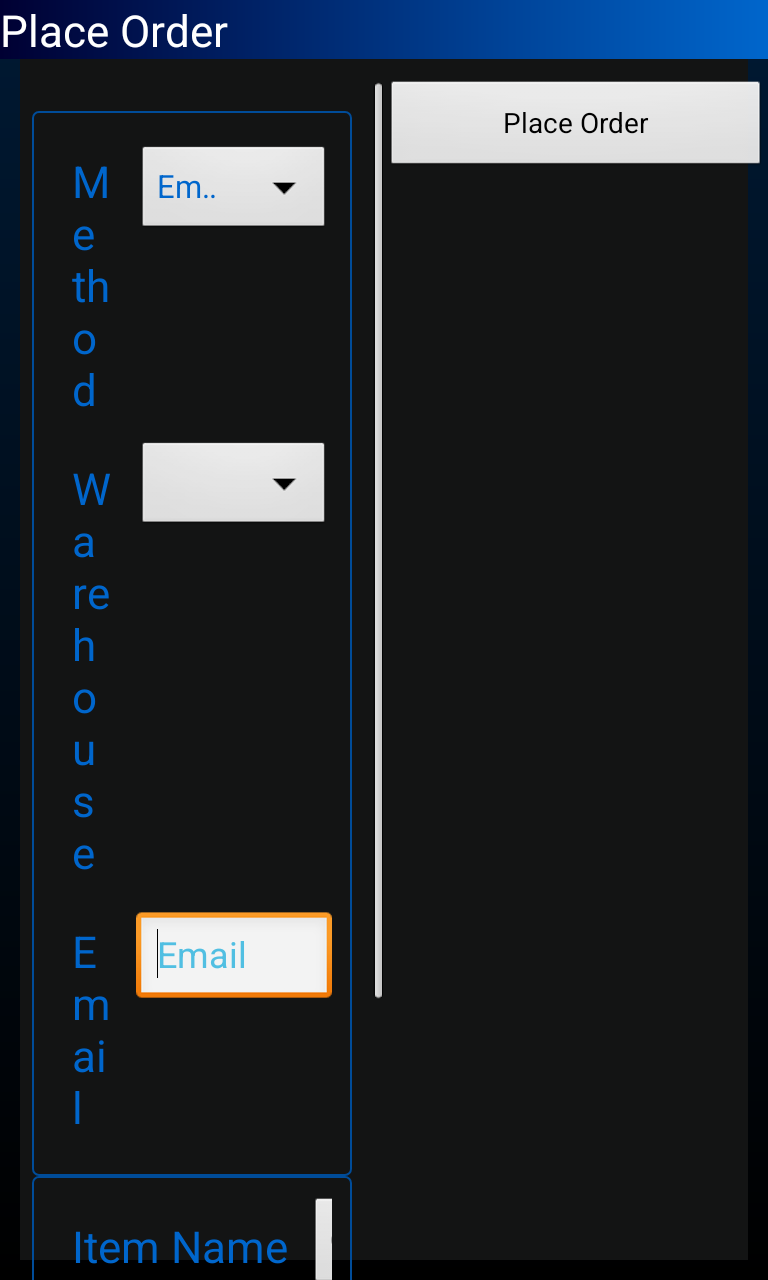
Repository: jasleen1291/B2BMobileApplication
Layout: Mobile E Commerce/B2B/res/layout/place_order.xml
These files come from the project's save history. The layout is drawn as it stood at one moment and after the next save; the edit follows.
It is drawn on a 768 x 1280 px phone screen (xhdpi) without system bars, with theme mycustomtheme; the app's code is not run. Lists and similar views that code fills are empty.

Above is the layout before, as saved 2013-05-25 12:56:13.

### Mobile E Commerce/B2B/res/layout/place_order.xml
<?xml version="1.0" encoding="utf-8"?>
<LinearLayout xmlns:android="http://schemas.android.com/apk/res/android"
    android:layout_width="match_parent"
    android:layout_height="match_parent"
    android:orientation="vertical" >

    <TextView
        style="@style/titlebarstyle"
        android:text="@string/place_order" />

    <LinearLayout
        android:layout_width="match_parent"
        android:layout_height="match_parent"
        android:baselineAligned="false"
         >

        <ScrollView
              android:layout_width="0dp"
            android:layout_height="wrap_content"
            android:layout_weight="1" >

            <LinearLayout
                android:layout_width="match_parent"
                android:layout_height="wrap_content"
                android:orientation="vertical"
                android:paddingBottom="@dimen/activity_vertical_margin"
                android:paddingLeft="@dimen/activity_horizontal_margin"
                android:paddingRight="@dimen/activity_horizontal_margin"
                android:paddingTop="@dimen/activity_vertical_margin" >

                <TableLayout
                    android:layout_width="match_parent"
                    android:layout_height="wrap_content"
                    android:background="@drawable/textview_border"
                    android:stretchColumns="*" >

                    <TableRow
                        android:id="@+id/tableRow1"
                        android:layout_width="match_parent"
                        android:layout_height="wrap_content" >

                        <TextView
                            android:id="@+id/ordervia"
                            android:layout_width="0dp"
                            android:layout_height="wrap_content"
                            android:layout_weight="3"
                            android:padding="10dp"
                            android:text="@string/Method"
                            android:textAppearance="?android:attr/textAppearanceLarge" />

                        <Spinner
                            android:id="@+id/spinner1"
                            android:layout_width="0dp"
                            android:layout_height="wrap_content"
                            android:layout_weight="7"
                            android:entries="@array/ordervia" />
                    </TableRow>

                    <TableRow
                        android:id="@+id/tableRow5"
                        android:layout_width="match_parent"
                        android:layout_height="wrap_content" >

                        <TextView
                            android:layout_width="0dp"
                            android:layout_height="wrap_content"
                            android:layout_weight="3"
                            android:padding="10dp"
                            android:text="@string/warehouse"
                            android:textAppearance="?android:attr/textAppearanceLarge" />

                        <Spinner
                            android:id="@+id/spinner2"
                            android:layout_width="0dp"
                            android:layout_height="wrap_content"
                            android:layout_weight="7" />
                    </TableRow>

                    <TableRow
                        android:id="@+id/tableRow2"
                        android:layout_width="match_parent"
                        android:layout_height="wrap_content" >

                        <TextView
                            android:layout_width="0dp"
                            android:layout_height="wrap_content"
                            android:layout_weight="3"
                            android:padding="10dp"
                            android:text="@string/email"
                            android:textAppearance="?android:attr/textAppearanceLarge" />

                        <EditText
                            android:id="@+id/editText1"
                            android:layout_width="0dp"
                            android:layout_height="wrap_content"
                            android:layout_weight="7"
                            android:ems="10"
                            android:hint="@string/email" >

                            <requestFocus />
                        </EditText>
                    </TableRow>
                </TableLayout>

                <TableLayout
                    android:layout_width="match_parent"
                    android:layout_height="wrap_content"
                    android:background="@drawable/textview_border" >

                    <TableRow
                        android:id="@+id/tableRow3"
                        android:layout_width="match_parent"
                        android:layout_height="wrap_content" >

                        <TextView
                            android:layout_width="wrap_content"
                            android:layout_height="wrap_content"
                            android:hint="@string/email"
                            android:padding="10dp"
                            android:text="@string/itemname"
                            android:textAppearance="?android:attr/textAppearanceLarge" />

                        <Button
                            android:id="@+id/button1"
                            android:layout_width="match_parent"
                            android:layout_height="wrap_content"
                            android:layout_gravity="left"
                            android:text="@string/clicktochange" />
                    </TableRow>

                    <TableRow
                        android:id="@+id/tableRow4"
                        android:layout_width="match_parent"
                        android:layout_height="wrap_content" >

                        <TextView
                            android:layout_width="wrap_content"
                            android:layout_height="wrap_content"
                            android:padding="10dp"
                            android:text="@string/qty"
                            android:textAppearance="?android:attr/textAppearanceLarge" />

                        <EditText
                            android:id="@+id/editText2"
                            android:layout_width="match_parent"
                            android:layout_height="wrap_content"
                            android:ems="10"
                            android:hint="@string/qty"
                            android:inputType="numberDecimal" />
                    </TableRow>

                    <Button
                        android:id="@+id/add"
                        android:layout_width="wrap_content"
                        android:layout_height="wrap_content"
                        android:text="@string/add" />
                </TableLayout>

                <TableLayout
                    android:layout_width="match_parent"
                    android:layout_height="wrap_content"
                    android:background="@drawable/textview_border"
                     >

                   <TableRow
                       android:layout_width="wrap_content"
                       android:layout_height="wrap_content" >

                       <TextView
                           android:id="@+id/textView1"
                           android:layout_width="wrap_content"
                           android:layout_height="wrap_content"
                           android:text="Large Text"
                           android:textAppearance="?android:attr/textAppearanceLarge" />

                       <TextView
                           android:id="@+id/textView2"
                           android:layout_width="match_parent"
                           android:layout_height="wrap_content"
                           android:text="Medium Text"
                           android:textAppearance="?android:attr/textAppearanceMedium" />

                   </TableRow>

                </TableLayout>
            </LinearLayout>
        </ScrollView>

        <RelativeLayout
            android:layout_width="0dp"
            android:layout_height="wrap_content"
            android:layout_weight="1"

             >

            <Button
                android:id="@+id/button2"
                android:layout_width="match_parent"
                android:layout_height="wrap_content"
                android:text="@string/place_order" />

            <ListView
                android:id="@+id/twoLineListItem1"
                android:layout_width="wrap_content"
                android:layout_height="wrap_content" />
        </RelativeLayout>
    </LinearLayout>

</LinearLayout>

### Mobile E Commerce/B2B/res/values/mycustomtheme.xml
<?xml version="1.0" encoding="utf-8"?>
<resources xmlns:android="http://schemas.android.com/apk/res/android">
    <style name="mycustomtheme" parent="@android:style/Theme.NoTitleBar.Fullscreen">
        <item name="android:windowBackground">@drawable/mybg</item>
       	<item name="android:textColor">#0066cc</item>
       	<item name="android:textColorHint">#51BFE2</item>
    </style>

</resources>

### Mobile E Commerce/B2B/res/drawable/mybg.xml
<?xml version="1.0" encoding="utf-8"?>
<layer-list  xmlns:android="http://schemas.android.com/apk/res/android">
    <item>
<shape android:shape="rectangle">



        <gradient android:startColor="#001933"  android:endColor="#000" android:angle="270"/>


</shape>
</item>
<item android:left="10dp" android:top="10dp" android:right="10dp" android:bottom="10dp">

<shape android:shape="rectangle">



        <solid android:color="#131414"></solid>


</shape>
</item>
</layer-list>

### Mobile E Commerce/B2B/res/values/styles.xml
<?xml version="1.0" encoding="utf-8"?>
<resources xmlns:android="http://schemas.android.com/apk/res/android">

    <!--
        Base application theme, dependent on API level. This theme is replaced
        by AppBaseTheme from res/values-vXX/styles.xml on newer devices.

    -->
    <style name="AppBaseTheme" parent="android:Theme.Light">
        <!--
            Theme customizations available in newer API levels can go in
            res/values-vXX/styles.xml, while customizations related to
            backward-compatibility can go here.

        -->
    </style>

    <!-- Application theme. -->
    <style name="AppTheme" parent="AppBaseTheme">
        <!-- All customizations that are NOT specific to a particular API-level can go here. -->
    </style>

    <style name="LoginFormContainer">
        <item name="android:layout_width">match_parent</item>
        <item name="android:layout_height">wrap_content</item>
        <item name="android:padding">16dp</item>
    </style>
    <style name="TextViewStyle">
        <item name="android:layout_width">wrap_content</item>
        <item name="android:layout_height">wrap_content</item>
        <item name="android:gravity">right</item>
        <item name="android:textSize">14sp</item>
        <item name="android:textColor">#0066cc</item>
        <item name="android:layout_margin">5dp</item>
    </style>
	<style name="EditTextStyle">
        <item name="android:layout_width">match_parent</item>
        <item name="android:layout_height">wrap_content</item>
        <item name="android:textSize">16sp</item>
        <item name="android:textColor">#0066cc</item>

        <item name="android:layout_marginLeft">16dp</item>
        <item name="android:layout_marginRight">16dp</item>
        <item name="android:layout_marginTop">5dp</item>
        <item name="android:background">@drawable/textview_border</item>
    </style>
	<style name="SpinnerStyle">
        <item name="android:layout_width">match_parent</item>
        <item name="android:layout_height">wrap_content</item>
        <item name="android:textSize">16sp</item>
        <item name="android:textColor">#0066cc</item>

        <item name="android:layout_marginLeft">16dp</item>
        <item name="android:layout_marginRight">16dp</item>
        <item name="android:layout_marginTop">5dp</item>

    </style>
	<style name="titlebarstyle">
	    <item name="android:layout_marginBottom">10dp</item>
        <item name="android:layout_width">match_parent</item>
        <item name="android:layout_height">wrap_content</item>
        <item name="android:background">@drawable/titlebar</item>
        <item name="android:textColor">@android:color/white</item>
        <item name="android:textAppearance">?android:attr/textAppearanceLarge</item>
	</style>
	<style name="titlebarstylesmall">


        <item name="android:textColor">@android:color/white</item>

	</style>
</resources>

### Mobile E Commerce/B2B/res/values/strings.xml
<?xml version="1.0" encoding="utf-8"?>
<resources>

    <string name="app_name">B2B</string>
    <string name="action_settings">Settings</string>
    <string name="hello_world">Hello world!</string>
    <string name="Loading">Loading&#8230;&#8230;&#8230;</string>
    <string name="title_activity_sign_up">Sign Up</string>

    <string-array name="signUpAsArray">
        <item>Customer</item>
        <item>Retailer</item>
        <item>Supplier</item>
    </string-array>

    <string name="title_activity_registeration">RegisterationActivity</string>
    <string name="title_activity_customer_area">CustomerArea</string>
    <string name="welcome">Welcome</string>
    <string name="title_activity_admin_area">Admin_area</string>
    <string name="general_complaint_fragment">General Complaint</string>
    <string name="hello_blank_fragment">Hello blank fragment</string>
    <string name="general_complaint">General Complaint</string>
    <string name="respond">Respond</string>
    <string name="submit">Submit</string>
    <string name="addcategory">Parent Category</string>
    <string name="categoryhint">Category</string>
    <string name="AddParentCategory">Add super category</string>
    <string name="complaintAbout">Complaint About</string>
    <string name="complainFrom">Complaint From</string>
    <string name="itemComplaint">Complaints about Items</string>
    <string name="shopComplaint">Complaint about shop</string>
    <string name="generalNotification">General Notification</string>
    <string name="urgentNotification">Urgent Notification</string>
    <string name="title">Title</string>
    <string name="message">Message</string>
    <string name="markAll">Mark all</string>
    <string name="advertisementPricing">Advertisement Pricing</string>
    <string name="desc">Description</string>
    <string name="days">No of days</string>
    <string name="cost">Cost</string>
    <string name="size">Size of advertisement</string>
    <string name="type">Type</string>
    <string name="fine">Fine</string>
    <string name="pickCategory">Pick a Category</string>

    <string-array name="typeArray">
        <item>Retailer</item>
        <item>Supplier</item>
    </string-array>

    <string name="update">Update</string>
    <string name="delete">Delete</string>
    <string name="view_advertisement">View Advertisements</string>
    <string name="noofcategories">No of Categories</string>
    <string name="shoppricing">Shop Pricing</string>
    <string name="view_fine_pricing">View Fine Pricing</string>
    <string name="shop_pricing">Shop Pricing</string>
    <string name="subCategory">Add Sub Category</string>
    <string name="addshop">Add Shop</string>
    <string name="title_activity_pay_fine">Pay Fine</string>
    <string name="finetitle">Your account has been suspended by the admin. Pay fine to continue using this applciation.</string>
    <string name="fineabc">Your payment has been received. Your account will now be restored. Please wait few minutes</string>
    <string name="title_activity_retailer_area">Retailer_area</string>
    <string name="title_activity_first_time_login">FirstTimeLogin</string>
    <string name="EditMyCategories">Edit My Categories</string>
    <string name="addnewitem">Add New Item</string>
    <string name="itemname">Item Name</string>
    <string name="longdescription">Long Description</string>
    <string name="qtyperunit">Qty Per unit</string>
    <string name="unit_of_measurement">Unit of Measurement</string>
    <string name="shopName">Shop Name</string>
    <string name="description">Description</string>
    <string name="categoriesAllowed">No of categories allowed</string>
    <string name="itemsSelling">No of Items Selling</string>
    <string name="itemsAvailable">No of Items not Selling</string>
    <string name="expirydate">Expiry Date</string>
    <string name="paymentEmail">Payment Email</string>
    <string name="selectcategory">Select a Category</string>
    <string name="clicktochange">Click On Image To Change It</string>
    <string name="cp">C.P.</string>
    <string name="sp">S.P.</string>
    <string name="minorder">Min order</string>
    <string name="discount">Discount</string>
    <string name="qtyonorder">Qty. On Order</string>
    <string name="qtyonhand">Qty. On Hand</string>
    <string name="qty">Qty.</string>
    <string name="viewdetails">View Details</string>
    <string name="note">Long Click on Image to view expanded image</string>
    <string name="chngImg">Change Image</string>
    <string name="addWarehouse">Add Warehouse</string>
    <string name="name">Name</string>
    <string name="cancel">Cancel</string>
    <string name="itemavailabilty">Item Availabilty</string>
    <string name="batchDiscounts">Batch Discounts</string>
    <string name="clicktoupdate">Click to Update</string>
    <string name="add">Add</string>
    <string name="place_order">Place Order</string>
    <string name="Method">Method</string>
    <string name="warehouse">Warehouse</string>
    <string-array name="ordervia">
        <item >Email</item>
        <item >SMS</item>
        <item >Phone</item>
    </string-array>
        <string name="total">Toatal</string>
        <string name="zero">0</string>
        <string name="totalitems">Total No of Items</string>

</resources>

### Mobile E Commerce/B2B/res/drawable/textview_border.xml
<?xml version="1.0" encoding="utf-8"?>
<shape xmlns:android="http://schemas.android.com/apk/res/android" android:shape="rectangle">
    <corners android:radius="3dp"></corners>
	<stroke android:width="1dp" android:color="#004C99"/>
	<padding android:left="10dp" android:top="10dp" android:right="10dp" android:bottom="10dp"/>
</shape>

### Mobile E Commerce/B2B/res/values/strings_activity_sign_up.xml
<?xml version="1.0" encoding="utf-8"?>
<resources>
    <string name="FirstName">First Name</string>
    <string name="LastName">Last Name</string>
    <string name="email">Email</string>
    <string name="phone1">Phone1</string>
    <string name="phone2">Phone2</string>
    <string name="address">Address</string>
    <string name="city">Select your city</string>
    <string name="state">Select your state</string>
    <string name="country">Select your country</string>
    <string name="zipcode">Zipcode</string>
    <string name="balance">Enter your opening balance</string>
    <string name="SignUpAs">Signup As</string>
    <string name="done">Done</string>
    <string name="updateInfo">Update Info</string>

</resources>

### Mobile E Commerce/B2B/res/drawable/titlebar.xml
<?xml version="1.0" encoding="utf-8"?>
<shape xmlns:android="http://schemas.android.com/apk/res/android" android:shape="rectangle">
    <gradient  android:endColor="#0066CC" android:startColor="#000033"/>

</shape>

Loaded but not shown: Mobile E Commerce/B2B/res/values/dimens.xml (common file)

After the next save:
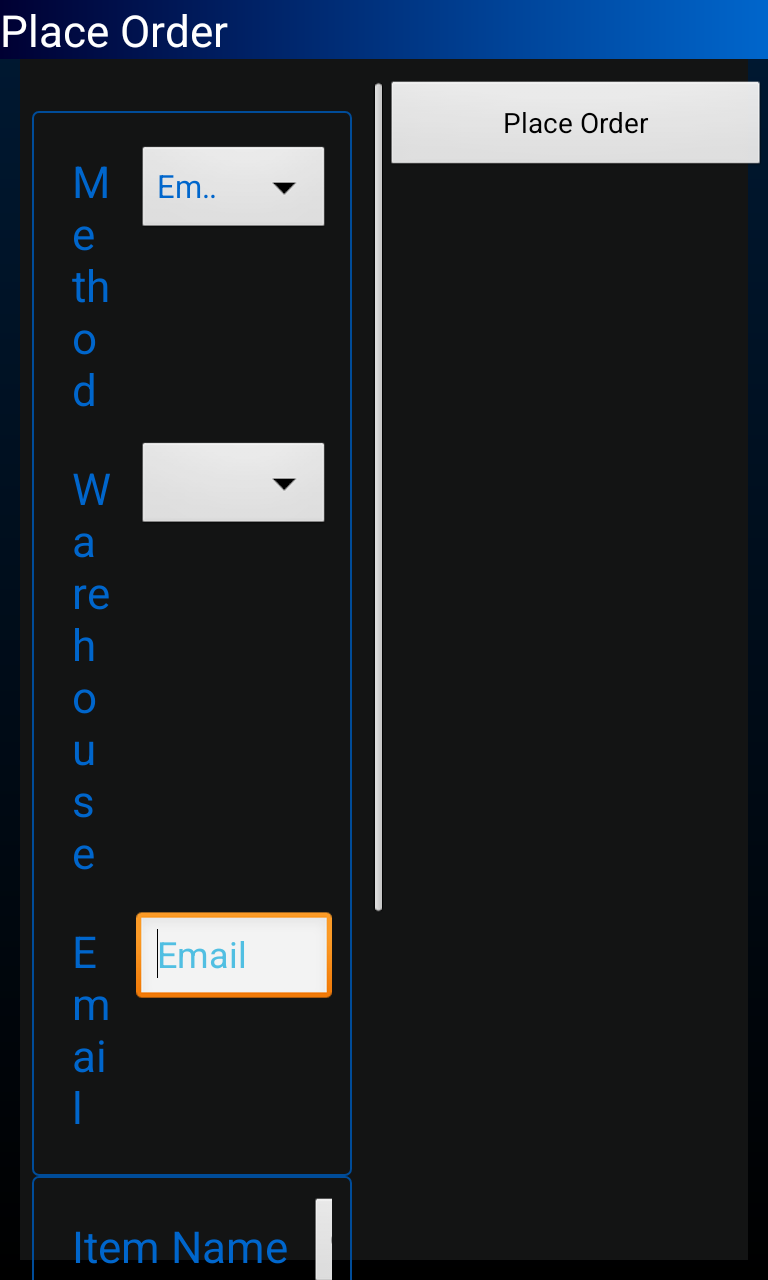
Saved 4 min 0 s later.
--- a/Mobile E Commerce/B2B/res/layout/place_order.xml
+++ b/Mobile E Commerce/B2B/res/layout/place_order.xml
@@ -30,7 +30,8 @@
 
                 <TableLayout
                     android:layout_width="match_parent"
-                    android:layout_height="wrap_content"
+                    android:layout_height="0dp"
+                    android:layout_weight="1"
                     android:background="@drawable/textview_border"
                     android:stretchColumns="*" >
 
@@ -104,7 +105,8 @@
 
                 <TableLayout
                     android:layout_width="match_parent"
-                    android:layout_height="wrap_content"
+                    android:layout_height="0dp"
+                    android:layout_weight="1"
                     android:background="@drawable/textview_border" >
 
                     <TableRow
@@ -158,32 +160,58 @@
 
                 <TableLayout
                     android:layout_width="match_parent"
-                    android:layout_height="wrap_content"
-                    android:background="@drawable/textview_border"
-                     >
-
-                   <TableRow
-                       android:layout_width="wrap_content"
-                       android:layout_height="wrap_content" >
-
-                       <TextView
-                           android:id="@+id/textView1"
-                           android:layout_width="wrap_content"
-                           android:layout_height="wrap_content"
-                           android:text="Large Text"
-                           android:textAppearance="?android:attr/textAppearanceLarge" />
-
-                       <TextView
-                           android:id="@+id/textView2"
-                           android:layout_width="match_parent"
-                           android:layout_height="wrap_content"
-                           android:text="Medium Text"
-                           android:textAppearance="?android:attr/textAppearanceMedium" />
-
-                   </TableRow>
+                    android:layout_height="0dp"
+                    android:layout_weight="1"
+                    android:background="@drawable/textview_border" >
+
+                    <TableRow
+                        android:id="@+id/tableRow6"
+                        android:layout_width="wrap_content"
+                        android:layout_height="wrap_content" >
+
+                        <TextView
+                            android:id="@+id/textView3"
+                            android:layout_width="0dp"
+                            android:layout_height="wrap_content"
+                            android:layout_weight="1"
+                            android:text="@string/totalitems"
+                            android:textAppearance="?android:attr/textAppearanceLarge" />
+
+                        <TextView
+                            android:id="@+id/textView4"
+                            android:layout_width="0dp"
+                            android:layout_height="wrap_content"
+                            android:layout_weight="1"
+                            android:text="@string/zero"
+                            android:textAppearance="?android:attr/textAppearanceMedium" />
+                    </TableRow>
+
+                    <TableRow
+                        android:layout_width="wrap_content"
+                        android:layout_height="wrap_content" >
+
+                        <TextView
+                            android:id="@+id/textView1"
+                            android:layout_width="0dp"
+                            android:layout_height="wrap_content"
+                            android:layout_weight="1"
+                            android:text="@string/total"
+                            android:textAppearance="?android:attr/textAppearanceLarge" />
+						<View android:layout_width="1dp"
+                            android:layout_height="wrap_content"
+                            android:background="#004C99"/>
+                        <TextView
+                            android:id="@+id/textView2"
+                            android:layout_width="match_parent"
+                            android:layout_height="wrap_content"
+                            android:layout_weight="1"
+                            android:text="@string/zero"
+                            android:textAppearance="?android:attr/textAppearanceMedium" />
+                    </TableRow>
 
                 </TableLayout>
             </LinearLayout>
+
         </ScrollView>
 
         <RelativeLayout
